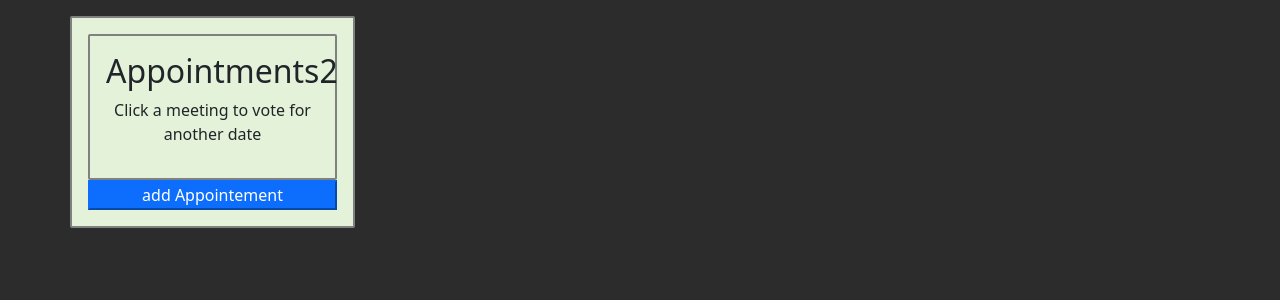
Repository: wlichon/Semesterprojekt
Page: index.html
The author's editor kept a copy of each file at every save. The page is drawn from the files as they stood at one save, then again after a run of saves.
The browser window is 1280 px wide. The pictures show the whole page.
The page's requests for data from a server got no answer. Some web libraries are served in a nearby version.

Above is the page before, as saved 2022-04-22 17:53:24.

### index.html
<!DOCTYPE html>
<html lang="en">
<head>
    <link href="https://cdn.jsdelivr.net/npm/bootstrap@5.1.3/dist/css/bootstrap.min.css" rel="stylesheet" integrity="sha384-1BmE4kWBq78iYhFldvKuhfTAU6auU8tT94WrHftjDbrCEXSU1oBoqyl2QvZ6jIW3" crossorigin="anonymous">
    <link rel="stylesheet" href="https://cdn.jsdelivr.net/npm/bootstrap-icons@1.8.1/font/bootstrap-icons.css">
    <script
    src="https://code.jquery.com/jquery-3.6.0.min.js"
    integrity="sha256-/xUj+3OJU5yExlq6GSYGSHk7tPXikynS7ogEvDej/m4="
    crossorigin="anonymous"></script>
    <script src="https://cdnjs.cloudflare.com/ajax/libs/jqueryui/1.12.1/jquery-ui.min.js" integrity="sha512-uto9mlQzrs59VwILcLiRYeLKPPbS/bT71da/OEBYEwcdNUk8jYIy+D176RYoop1Da+f9mvkYrmj5MCLZWEtQuA==" crossorigin="anonymous" referrerpolicy="no-referrer"></script>
    <meta charset="UTF-8">
    <meta http-equiv="X-UA-Compatible" content="IE=edge">
    <meta name="viewport" content="width=device-width, initial-scale=1.0">
    <link rel="stylesheet" href="frontend/css/mystyle.css">
    <script src="frontend/script/script.js" defer></script>
    <title>Appointment Finder</title>
</head>
<body class="d-flex justify-content-center">
    <div class="container m-3 d-flex justify-content-center">
        <div class="events row flex-grow-1" id="events">
            <div class="col-md-3 d-flex justify-content-between" style="flex-direction: column">

                <div class="col">
                    <h2 class="align-self-center">Appointments2</h2>
                    <p class="">Click a meeting to vote for another date</p>
                </div>
                <button class = "btn-primary"> add Appointement </button>


                </div>
             </div>

            <div class="appointments row flex-grow-1" id="appointments">
                <div class="col-md d-flex justify-content-between" style="flex-direction: column">
                    <div class="row h-80">
                        <div class="col">
                           <h2 class="align-self-center">Options</h2>
                        </div>
                    </div>
                    <div class="row inputs h-20 align-self-bottom">
                        <div class="col-md">
                            <i class="bi bi-person-circle m-1"></i><input type="text" placeholder="Name">
                        </div>
                    </div>

                </div>




                <!--
                <div class="col-md">
                    <div class="row h-80">
                        <div class="col wrapper">
                            <h4>Dez</h4>
                            <h3>23</h3>
                            <p>Mi</p>
                            <p>11:40</p>
                            <p>13:00</p>
                        </div>
                    </div>
                    <div class="row inputs h-20">
                        <div class="col-md"><input class="form-check-input" type="checkbox" value=""></div>
                    </div>


                </div>
                <div class="btn btn-primary col-auto p-1" id="lslide">
                    <i class="bi bi-chevron-left"></i>
                </div>

                <div class="row mt-5 comment">
                    <div class="input-group input-group-lg">
                        <span class="input-group-text" id="inputGroup-sizing-lg">Comment</span>
                        <input type="text" class="form-control" aria-label="Sizing example input" aria-describedby="inputGroup-sizing-lg">
                        <button class="btn btn-outline-secondary bg-primary text-white" type="button" id="submit">Submit</button>
                    </div>
                </div>
            -->
            </div>

            </div>



    <script src="https://cdn.jsdelivr.net/npm/bootstrap@5.1.3/dist/js/bootstrap.bundle.min.js" integrity="sha384-ka7Sk0Gln4gmtz2MlQnikT1wXgYsOg+OMhuP+IlRH9sENBO0LRn5q+8nbTov4+1p" crossorigin="anonymous"></script>
</body>
</html>

### frontend/css/mystyle.css
[class*="col"]{
    text-align:center;
    border: 2px solid grey;
    padding: 1rem;
    border-radius: 2px;
    background-color:rgb(228, 242, 217);
}

.bi-person-circle{
    font-size: 1.5rem;
}

.inputs > div{
    background-color: rgb(89, 209, 61);
}

body{
    background-color:rgb(45, 44, 44);
}

.wrapper{
    border-radius: 5px;
    border: none;
    background-color: lightcyan;
}

.container{
    border-radius: 5px;
}

#lslide{
    background-color:blue;
    border-radius:10px;
}

.event{
    cursor: pointer;
}

.event:hover{
    background-color:blue;
}

.noevent:hover{
    pointer-events: none;
}

### frontend/script/script.js
"use strict";
var months = ["Jan", "Feb", "Mar", "Apr", "May", "Jun", "Jul", "Aug", "Sep", "Oct", "Nov", "Dec"];
var days = ["Mon", "Tue", "Wed", "Thu", "Fri", "Sat", "Sun"];
var slidebutton = "<div class='btn btn-primary col-auto p-1' id='lslide'><i class='bi bi-chevron-left'></i></div>";
var commentbar = "<div class='row mt-5 comment'><div class='input-group input-group-lg'><span class='input-group-text' id='inputGroup-sizing-lg'>Comment</span><input type='text' class='form-control' aria-label='Sizing example input' aria-describedby='inputGroup-sizing-lg'><button class='btn btn-outline-secondary bg-primary text-white' type='button' id='submit'>Submit</button></div></div>";
$(function () {
    $("#appointments").hide();
    $("#events").hide();
    $.ajax({
        type: "GET",
        url: "backend/serviceHandler.php",
        cache: false,
        data: { function: "loadAppointments" },
        dataType: "json",
        success: function (response) {
            // bei sucess liefert loadAppointments ein Array mit den ganzen Appointments in dem Format:
            //  Appointment("25-06-2027", "Meeting4", "22-05-2025 19:30:00", "18:00", "18:30", [2, 3]) also:
            // Appointment("Tag-Monat-Jahr", "MeetingNummer", "ExpirationDate", "UhrzeitBeginn", "Uhrzeitende", "OptionsID");
            // Appointment ($date,$title,$votingExpirationDate,$begin,$end,$optionIDs)3222
            console.log("success");
            $.each(response, function (i, val) {
                var counter = 1;
                var date = new Date(val["date"]["date"]);
                var month = months[date.getMonth()];
                var day = days[date.getDay()];
                var dayOfMonth = date.getDate();
                var year = date.getFullYear();
                var expiration = val["votingExpirationDate"]["date"].substr(0, 19);
                var begin = val["begin"]["date"].substr(11).substr(0, 8);
                var end = val["end"]["date"].substr(11).substr(0, 8);
                var id = val["optionIDs"];
                $("#events").append("<div class='col-md-2 event' id =" + counter + " + data=" + id + ">" +
                    "<div class='col wrapper'>" +
                    "<h2>" + val["title"] + "</h2>" +
                    "<h4>" + month + "</h4>" +
                    "<h3>" + dayOfMonth + "</h3>" +
                    "<p>" + day + "</p>" +
                    "<p>Begins: " + begin + "</p>" +
                    "<p>Ends: " + end + "</p>" +
                    "<h6><p>Voting ends:</p>" +
                    "<p>" + expiration + "</p></h6>" +
                    "</div> </div>");
                var isexpired = new Date(expiration);
                var today = new Date();
                if (isexpired <= today) {
                    $("#" + counter).append("<h5 class = 'mt-3' > abgelaufen! </h5>");
                    $("#" + counter).attr("class", "col-md-2 noevent");
                }
                counter++;
            });
        },
        complete: function () {
            $(".event").on('click', function (e) {
                var self = e.currentTarget; // Element was das Klick getriggert hat
                $("#events").hide("slide", { direction: "left" }, 1000, function () {
                    console.log(self);
                    var optionIDs_string = self.getAttribute("data");
                    var optionIDs = Array.from(optionIDs_string.split(","));
                    console.log(optionIDs);
                    $.ajax({
                        type: "GET",
                        url: "backend/serviceHandler.php",
                        cache: false,
                        data: { function: "loadOptions", param: optionIDs },
                        dataType: "json",
                        success: function (response) {
                            console.log("success");
                            console.log(response);
                            $.each(response, function (i, val) {
                                var date = new Date(val["date"]["date"]);
                                console.log("loop");
                                var month = months[date.getMonth()];
                                var day = days[date.getDay()];
                                var dayOfMonth = date.getDate();
                                var year = date.getFullYear();
                                var begin = val["begin"]["date"].substr(11).substr(0, 8);
                                var end = val["end"]["date"].substr(11).substr(0, 8);
                                $("#appointments").append("<div class='col-md'>" +
                                    "<div class='col-md event'>" +
                                    "<div class='col wrapper'>" +
                                    "<h4>" + month + "</h4>" +
                                    "<h3>" + dayOfMonth + "</h3>" +
                                    "<p>" + day + "</p>" +
                                    "<p>Begins: " + begin + "</p>" +
                                    "<p>Ends: " + end + "</p>" +
                                    "</div></div>" +
                                    "<div class='row inputs h-20'>" +
                                    "<div class='col-md'><input class='form-check-input' type='checkbox' value=''></div></div></div>");
                            });
                            $("#appointments").append(slidebutton + commentbar);
                            $("#lslide").on('click', slidebar);
                        },
                        error: function (response) {
                            console.log("failure");
                        }
                    }),
                        setTimeout(function () { return $("#appointments").show("slide", 1000); }, 100);
                });
            });
            $("#events").show("slide", 1000);
        },
        error: function (e) {
            console.log("failure");
        }
    });
    console.log("hi");
    $("#submit").on('click', function () {
        console.log($("#test").prop("checked"));
    });
});
var optionNameInput = '<div class="col-md d-flex justify-content-between" style="flex-direction: column">' +
    '<div class="row h-80">' +
    '<div class="col">' +
    '<h2 class="align-self-center">Options</h2>' +
    '</div>' +
    '</div>' +
    '<div class="row inputs h-20 align-self-bottom">' +
    '<div class="col-md">' +
    '<i class="bi bi-person-circle m-1"></i><input type="text" placeholder="Name">' +
    '</div>' +
    '</div>' +
    '</div>';
function slidebar() {
    $("#appointments").hide("slide", { direction: "left" }, 1000, function () {
        $("#appointments").empty().append(optionNameInput);
        $("#events").show("slide", 1000);
    });
}

After the next 2 saves:
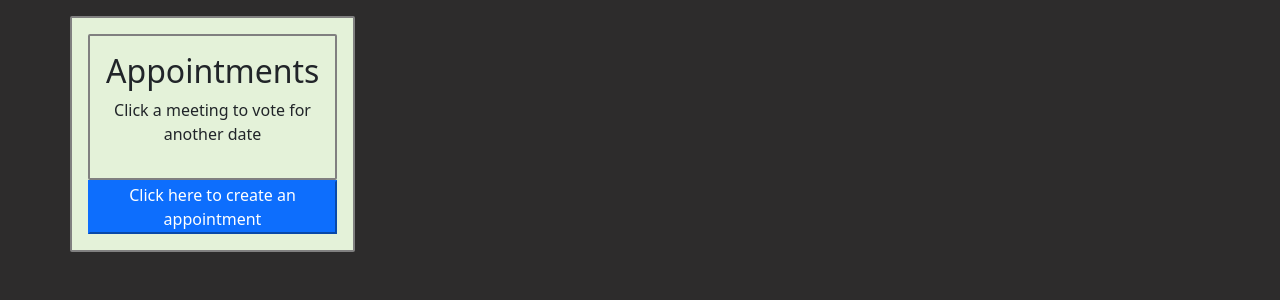
The 2 saves are shown as one change because they came seconds apart.
The last was saved 29 s later.
--- a/index.html
+++ b/index.html
@@ -21,10 +21,10 @@
             <div class="col-md-3 d-flex justify-content-between" style="flex-direction: column">
 
                 <div class="col">
-                    <h2 class="align-self-center">Appointments2</h2>
+                    <h2 class="align-self-center">Appointments</h2>
                     <p class="">Click a meeting to vote for another date</p>
                 </div>
-                <button class = "btn-primary"> add Appointement </button>
+                <button class = "btn-primary"> Click here to create an appointment</button>
 
 
                 </div>
